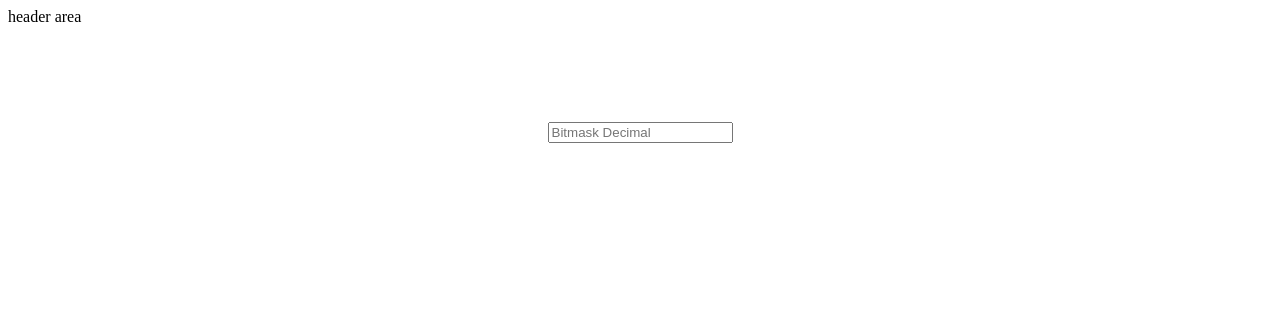
Repository: MeowCeline00/assessment-2
Page: /
An editor plug-in stored every save of this project. The page is shown before and after a run of saves, followed by the edit.
The browser window is 1280 px wide. The pictures show the whole page.
The project was rebuilt for these pictures with package versions that can differ from the ones it lists, and the page was loaded fresh each time. The framework's server and built-in components were replaced by stand-ins that run in the browser. Also part of the build but not shown: next.config.mjs.

Above is the page before, as saved 2024-01-25 14:48:02.

After the next 5 saves:
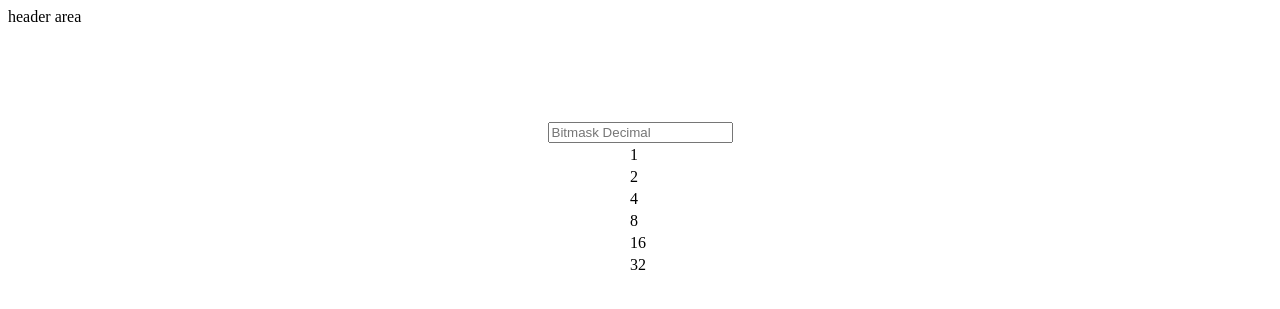
The 5 saves are shown as one change because they came seconds apart.
The last was saved 14 s later.
--- a/pages/index.js
+++ b/pages/index.js
@@ -41,6 +41,7 @@ export default function Home() {
           {
             Object.keys(classFilters).map(item => (
               <tr key={item} style={getClassStyle(item)}>
+                <td>{item}</td>
                 <td></td>
               </tr>
             )
